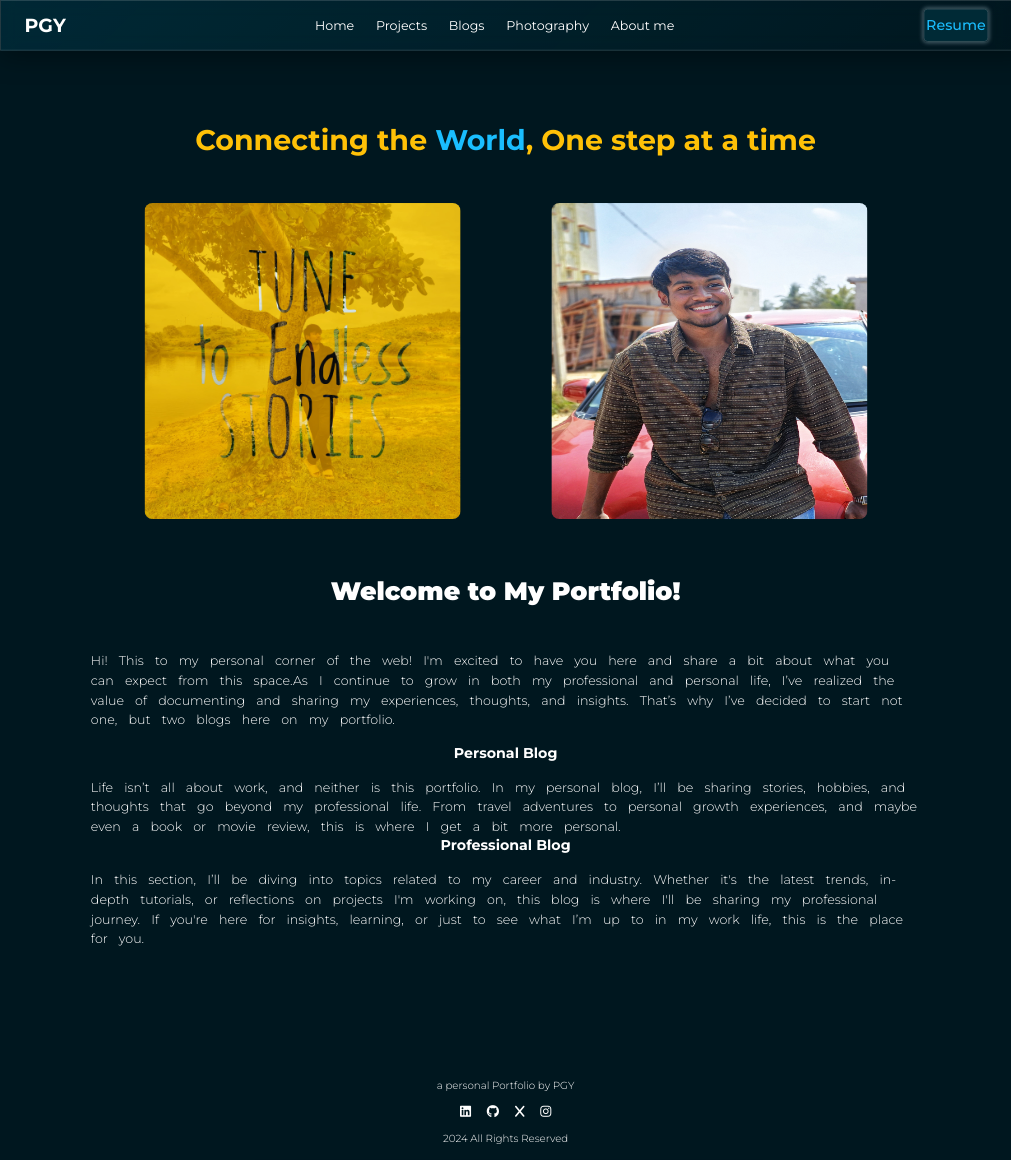
Repository: pgyunknown/pgyunknown
Page: blog.html
These files come from the project's save history. The page is drawn as it stood at one moment and after the next save; the edit follows.
The browser window is 1280 px wide. The pictures show the whole page, at 79% of full size.
Some web libraries are served in a nearby version.

Above is the page before, as saved 2024-08-14 21:00:59.

After the next save:
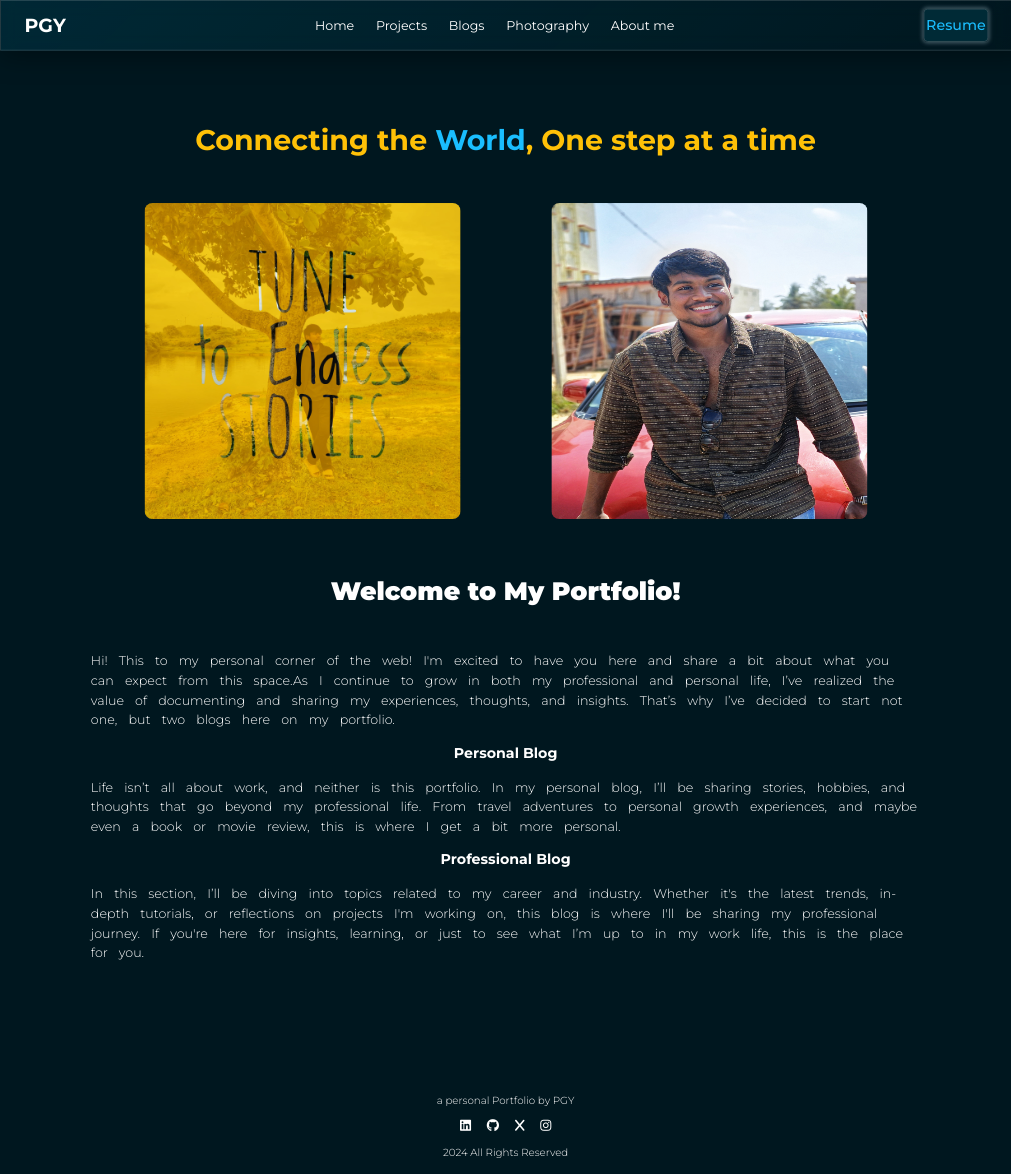
Saved 15 s later.
--- a/blog.html
+++ b/blog.html
@@ -41,7 +41,7 @@
 
 
 <h3><b>Personal Blog</b> </h3>
-<p>Life isn’t all about work, and neither is this portfolio. In my personal blog, I’ll be sharing stories, hobbies, and thoughts that go beyond my professional life. From travel adventures to personal growth experiences, and maybe even a book or movie review, this is where I get a bit more personal.</p>
+<p>Life isn’t all about work, and neither is this portfolio. In my personal blog, I’ll be sharing stories, hobbies, and thoughts that go beyond my professional life. From travel adventures to personal growth experiences, and maybe even a book or movie review, this is where I get a bit more personal.</p><br>
 
 <h3><b>Professional Blog</b> </h3>
 <p>In this section, I’ll be diving into topics related to my career and industry. Whether it's the latest trends, in-depth tutorials, or reflections on projects I'm working on, this blog is where I'll be sharing my professional journey. If you're here for insights, learning, or just to see what I’m up to in my work life, this is the place for you.</p>
